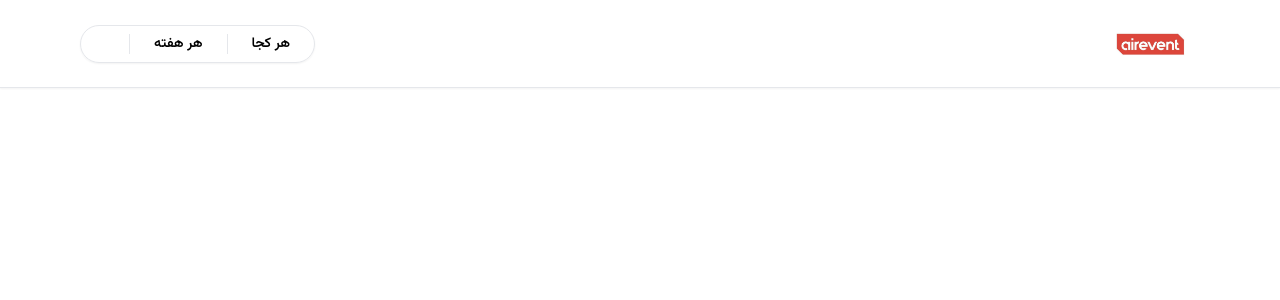
Repository: soroush-g/Eight
Page: /
These files come from the project's save history. The page is drawn as it stood at one moment and after a run of saves; the edit follows.
The browser window is 1280 px wide. The pictures show the whole page.
The project was rebuilt for these pictures with package versions that can differ from the ones it lists, and the page was loaded fresh each time. The framework's server and built-in components were replaced by stand-ins that run in the browser. Also part of the build but not shown: next.config.mjs.

Above is the page before, as saved 2024-07-14 20:44:50.

### app/layout.tsx
import type { Metadata } from "next";
import { Vazirmatn } from "next/font/google";
import "./globals.css";
import Navbar from "./components/navbar/Navbar";

const vazir = Vazirmatn({ subsets: ['arabic'] });

export const metadata: Metadata = {
  title: "AIREVENT",
  description: "Covering events in all parts of the world",
};

export default function RootLayout({
  children,
}: Readonly<{
  children: React.ReactNode;
}>) {
  return (
    <html dir='rtl' lang="fa-Ir">
      <body className={vazir.className}>
        <Navbar />
        {children}
      </body>
    </html>
  );
}

### app/page.tsx

export default function Home() {
  return (
     <div className="text-yellow-700 text-2xl">بزرگترین رویدادهای کشور</div>
  )
}

### app/components/navbar/Navbar.tsx
import Container from "../Container";
import Logo from "./Logo";
import Search from "./Search";

const Navbar = () => {
    return (
        <div className="fixed w-full bg-white z-8 shadow-sm">
            <div className="py-2 border-b-[1px]">
              <Container>
                <div className="flex flex-row items-center justify-between gap-3 md:gap-0">
                 <Logo />
                 <Search />
                </div>
              </Container>
            </div>
        </div>
     );
}

export default Navbar;

### app/components/Container.tsx
'use client'

interface ContainerProps {
    children: React.ReactNode;
}

const Container: React.FC<ContainerProps> = ({children}) => {
    return (
        <div className="max-w-[2520px] mx-auto xl:px-20 md:px-10 sm:px-2 px-4">{children}</div>
     );
}

export default Container;

### app/components/navbar/Logo.tsx
'use client'

import Image from "next/image"
import { useRouter } from "next/navigation"

const Logo = () => {
    const router = useRouter();

    return(
        <Image alt="لوگو" className="hidden md:block cursor-pointer" height="100" width="100" src="/images/aireve.png" />
    )
}

export default Logo;

### app/components/navbar/Search.tsx
'use client';

const Search = () => {
    return (
        <div className="border-[1px] w-full md:w-auto py-2 rounded-full shadow-sm hover:shadow-md transition cursor-pointer">
            <div className="flex flex-row items-center justify-between">
              <div className="text-sm font-semibold px-6">
               هر کجا
              </div>
              <div className="hidden sm:block text-sm font-semibold px-6 border-x-[1px] flex-1 text-center">
                هر هفته
              </div>
              <div className="text-sm pl-6 pr-6 text-gray-600 flex flex-row items-center gap-3">
                <div className="hidden sm:hidden">
                  رویداد +
                </div>
              </div>
            </div>
        </div>
     );
}

export default Search;

Loaded but not shown: app/globals.css (common file); tailwind.config.ts (common file)

After the next 3 saves:
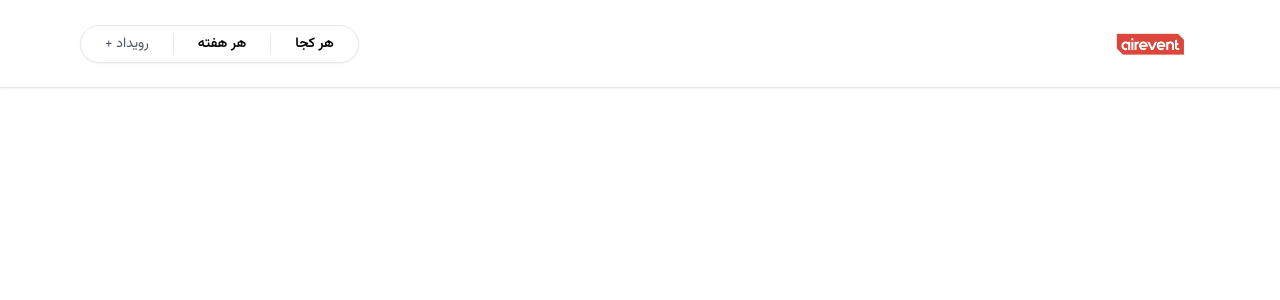
The 3 saves are shown as one change because they came seconds apart.
The last was saved 58 s later.
--- a/app/components/navbar/Search.tsx
+++ b/app/components/navbar/Search.tsx
@@ -11,7 +11,7 @@
                 هر هفته
               </div>
               <div className="text-sm pl-6 pr-6 text-gray-600 flex flex-row items-center gap-3">
-                <div className="hidden sm:hidden">
+                <div className="hidden sm:block">
                   رویداد +
                 </div>
               </div>
